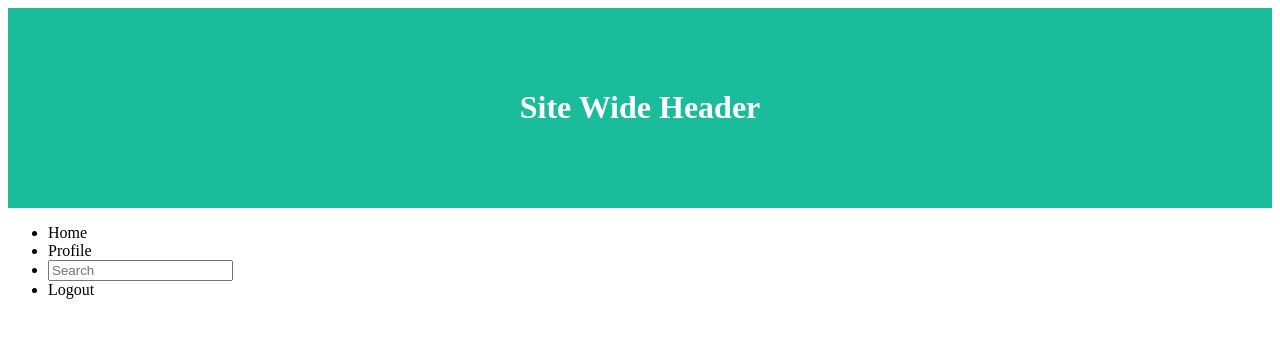
Repository: ayeza-baseer/AssignmentFlexbox
Page: assignment.html
These files come from the project's save history. The page is drawn as it stood at one moment and after the next save; the edit follows.
The browser window is 1280 px wide. The pictures show the whole page.

Above is the page before, as saved 2023-03-17 13:27:34.

### assignment.html
<!DOCTYPE html>
<html lang="en">
<head>

    <link rel="stylesheet" href="assignment.css">


</head>
<body>
<div>
    <header class="header"><h1>
        Site Wide Header
    </h1></header>
    <nav>
        <ul class="container">
            <li>Home</li>
            <li>Profile</li>
            <li class="search">
                <input type="text" class="search-input" placeholder="Search">
            </li>
            <li>Logout</li>
        </ul>
    </nav>


</div>

</body>
</html>

### assignment.css
.header{
    padding: 60px;
    text-align: center;
    background: #1abc9c;
    color: white;
}

After the next save:
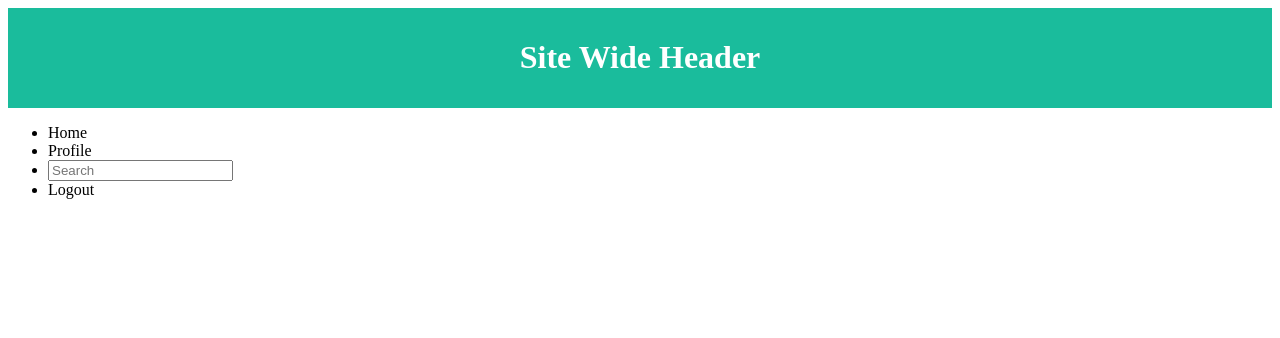
Saved 21 s later.
--- a/assignment.css
+++ b/assignment.css
@@ -1,5 +1,5 @@
 .header{
-    padding: 60px;
+    padding: 10px;
     text-align: center;
     background: #1abc9c;
     color: white;
